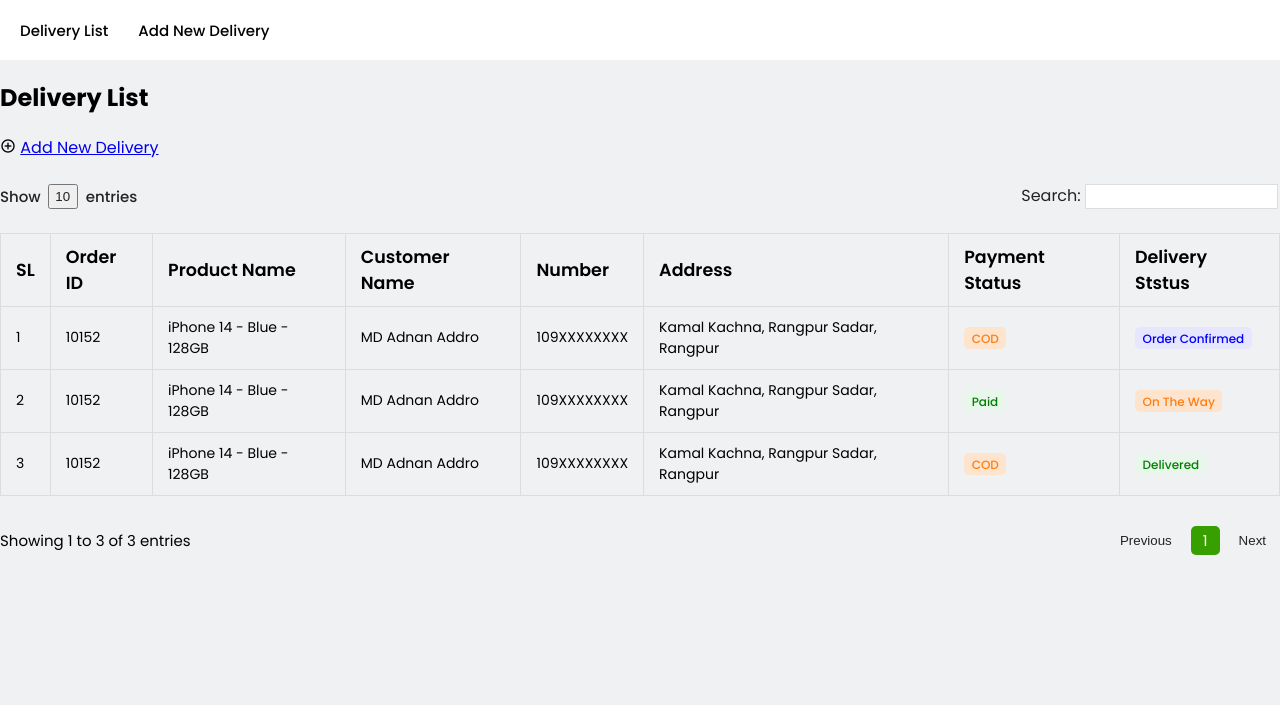
Repository: codebyaddro/delivery-page
Page: delivery.html
These files come from the project's save history. The page is drawn as it stood at one moment and after a run of saves; the edit follows.
The browser window is 1280 px wide. The pictures show the whole page.

Above is the page before, as saved 2025-02-27 14:33:26.

### delivery.html
<!DOCTYPE html>
<html lang="en">
<head>
    <meta charset="UTF-8">
    <meta name="viewport" content="width=device-width, initial-scale=1.0">
    <link rel="stylesheet" href="/delivery.css">
    <link href='https://unpkg.com/boxicons@2.1.4/css/boxicons.min.css' rel='stylesheet'>
    <title>Document</title>
</head>
<body>
    <div class="cba-delivery-container">
        <div class="top-menus">
            <ul>
                <li><a href="/index.html" class="cba-delivery-active-menu">Delivery List</a></li>
                <li><a href="/inner-page/html/anb.html" class="cba-delivery-light-up">Add New Delivery</a></li>
            </ul>
        </div>
        <div class="cba-delivery-list-container">
            <div class="cba-delivery-heading-add-new-btn">
                <div class="cba-delivery-heading">
                    <h2>Delivery List</h2>
                </div>
                <div class="cba-delivery-add-new-btn">
                    <i class='cba-delivery-add-icon bx bx-plus-circle'></i>
                    <a href="/inner-page/html/anb.html">Add New Delivery</a>
                </div>
            </div>
            <div class="list-short-dpdwn-search-box">
                <div class="list-short-dpdwn">
                    <h3>Show</h3>
                    <select name="10" id="">
                        <option value="">10</option>
                        <option value="">20</option>
                        <option value="">30</option>
                        <option value="">All</option>
                    </select>
                    <h3>entries</h3>
                </div>
                <div class="search-box">
                    <legend>Search: <input type="text"></legend>
                </div>
            </div>
            <div class="table-list">
                <table>
                    <thead>
                        <tr>
                            <th title="SL">SL</th>
                            <th title="Code">Order ID</th>
                            <th title="Code">Product Name</th>
                            <th title="Code">Customer Name</th>
                            <th title="Category Name">Number</th>
                            <th title="Category Name">Address</th>
                            <th title="Status">Payment Status</th>
                            <th title="Action">Delivery Ststus</th>
                        </tr>
                    </thead>
                    <tbody>
                        <tr>
                            <td>1</td>
                            <td>10152</td>
                            <td>iPhone 14 - Blue - 128GB</td>
                            <td>MD Adnan Addro</td>
                            <td>109XXXXXXXX</td>
                            <td>Kamal Kachna, Rangpur Sadar, Rangpur</td>
                            <td><span class="ps-cod">COD</span></td>
                            <td><span class="ds-ocon">Order Confirmed</span></td>
                        </tr>
                        <tr>
                            <td>2</td>
                            <td>10152</td>
                            <td>iPhone 14 - Blue - 128GB</td>
                            <td>MD Adnan Addro</td>
                            <td>109XXXXXXXX</td>
                            <td>Kamal Kachna, Rangpur Sadar, Rangpur</td>
                            <td><span class="ps-paid">Paid</span></td>
                            <td><span class="ds-otw">On The Way</span></td>
                        </tr>
                        <tr>
                            <td>3</td>
                            <td>10152</td>
                            <td>iPhone 14 - Blue - 128GB</td>
                            <td>MD Adnan Addro</td>
                            <td>109XXXXXXXX</td>
                            <td>Kamal Kachna, Rangpur Sadar, Rangpur</td>
                            <td><span class="ps-cod">COD</span></td>
                            <td><span class="ds-deld">Delivered</span></td>
                        </tr>
                    </tbody>
                </table>
            </div>
            <div class="entries-details-list-page-btn">
                <div class="entries-details">
                    Showing <span>1</span> to <span>3</span> of <span>3</span> entries
                </div>
                <div class="list-page-btn">
                    <button>Previous</button>
                    <h4><span>1</span></h4>
                    <button>Next</button>
                </div>
            </div>
        </div>
    </div>
</body>
</html>

### delivery.css
/* -- fonts -- */
@import url('https://fonts.googleapis.com/css2?family=Poppins:ital,wght@0,100;0,200;0,300;0,400;0,500;0,600;0,700;0,800;0,900;1,100;1,200;1,300;1,400;1,500;1,600;1,700;1,800;1,900&family=Raleway:ital,wght@0,100..900;1,100..900&family=Roboto:ital,wght@0,100;0,300;0,400;0,500;0,700;0,900;1,100;1,300;1,400;1,500;1,700;1,900&family=VT323&display=swap');

/* -- root -- */

:root {
    --gray-white: #F0F1F2;
    --white: #FFFFFF;
    --black: #000000;
    --gray-black: #DDDDDD;
    --light-black: #212523;
    --light-black-op: #21252350;
    --main-green: #157343;
    --main-light: #37A000;
    --orange: #FD7E14;
    --lt-orange: #fee3cd;
    --green: #008000;
    --lt-green: #e9f6ec;
    --red: #FF0000;
    --light-red: #fbeaec;
    --blue: #0000ff;
    --lt-blue: #e6e6ff;
}

/* ---------- */

* {
    box-sizing: border-box;
}

body {
    margin: 0;
    padding: 0;
    font-family: "Poppins", serif;
    background-color: var(--gray-white);
}

::selection {
    color: var(--white);
    background-color: var(--main-light);
}

/* -- category container style -- */

.brand-container {
    width: 100%;
    margin-top: 25px;
}

/* -- top menus style--  */

.top-menus {
    background-color: var(--white);
    display: flex;
    justify-content: left;
    align-items: center;
    height: 60px;
    margin-bottom: 15px;
}

.top-menus ul {
    list-style-type: none;
    display: flex;
    gap: 30px;
    margin-left: -20px;
}

.top-menus ul li a {
    text-decoration: none;
    color: var(--black);
    font-size: 15px;
    font-weight: 500;
}

/* -- active menu style -- */

.active-menu {
    color: var(--white)!important;
    background-color: var(--main-green);
    padding: 8px 12px;
    border-radius: 5px;
}

/* -- menu hover style -- */

.light-up:hover {
    color: var(--orange);
}

/* -- list container style -- */

.list-container {
    background-color: var(--white);
    padding: 0px 20px;
}

/* -- heading-add-new-btn style -- */

.heading-add-new-btn {
    display: flex;
    justify-content: space-between;
    align-items: center;
    border-bottom: 1px solid var(--gray-black) ;
}

.heading h2 {
    color: var(--light-black);
    font-size: 25px;
    font-weight: 500;
}

/* -- add-new-btn style -- */

.add-new-btn {
    display: flex;
    gap: 5px;
    justify-content: baseline;
    align-items: center;
}

.add-new-btn {
    background-color: var(--main-green);
    padding: 5px 10px;
    border-radius: 5px;
}

.add-new-btn a {
    color: var(--white);
    text-decoration: none;
}

.add-icon {
    color: var(--white);
    font-size: 20px;
}

/* -- list-short-dpdwn-search-box style -- */

.list-short-dpdwn-search-box {
    display: flex;
    justify-content: space-between;
    align-items: center;
    padding: 10px 0px;
}

/* -- list-short-dpdwn style -- */

.list-short-dpdwn {
    display: flex;
    gap: 7.5px;
    align-items: center;
}

.list-short-dpdwn h3 {
    color: var(--light-black);
    font-size: 15px;
    font-weight: 500;
}

.list-short-dpdwn select {
    color: var(--light-black);
    appearance: none;
    height: 25px;
    width: 30px;
    padding-left: 6px;
    outline: none;
    border-radius: 2.5px;
}

/* -- search-box style -- */

.search-box {
    display: flex;
    align-items: center;
}

.search-box legend {
    color: var(--light-black);
}

.search-box input {
    outline: none;
    height: 25px;
    width: 193px;
    border: 1px solid var(--gray-black);
}

/* -- table-list style --*/

table {
    border-collapse: collapse;
    width: 100%;
}

/* -- thead style -- */

thead {
    cursor: pointer;
}

th, td {
    border: 1px solid var(--gray-black);
    padding: 10px 15px;
}

thead tr th {
    font-size: 17.5px;
    font-weight: 600;
    text-align: left;
}

tbody tr td {
    font-size: 14px;
}

tbody tr:hover {
    background-color: var(--gray-white);
}

/* -- tbody style -- */

/* payment status style */

.ps-paid {
    color: var(--green);
    background-color: var(--lt-green);
    font-size: 12px;
    font-weight: 500;
    padding: 2.5px 7.5px;
    border-radius: 5px;
}

.ps-cod {
    color: var(--orange);
    background-color: var(--lt-orange);
    font-size: 12px;
    font-weight: 500;
    padding: 2.5px 7.5px;
    border-radius: 5px;
}

/* delivery status style */

.ds-ocon {
    color: var(--blue);
    background-color: var(--lt-blue);
    font-size: 12px;
    font-weight: 500;
    padding: 2.5px 7.5px;
    border-radius: 5px;
}

.ds-otw {
    color: var(--orange);
    background-color: var(--lt-orange);
    font-size: 12px;
    font-weight: 500;
    padding: 2.5px 7.5px;
    border-radius: 5px;
}

.ds-deld {
    color: var(--green);
    background-color: var(--lt-green);
    font-size: 12px;
    font-weight: 500;
    padding: 2.5px 7.5px;
    border-radius: 5px;
}

/* -- action style -- */

.edit-icon {
    color: var(--green);
    background-color: var(--lt-green);
    padding: 7px 7px;
    margin-right: 2.5px;
    border: 1px solid var(--green);
    font-size: 20px;
}

.edit-icon:hover {
    background-color: var(--light-black-op);
}

.delete-icon {
    color: var(--red);
    background-color: var(--light-red);
    padding: 7px 7px;
    margin-left: 2.5px;
    border: 1px solid var(--red);
    font-size: 20px;
}

.delete-icon:hover {
    background-color: var(--light-black-op);
}

/* -- entries-details-list-page-btn style -- */

.entries-details-list-page-btn {
    display: flex;
    justify-content: space-between;
    align-items: center;
    padding: 10px 0px;
}

.entries-details {
    color: var(--black);
    font-size: 15px;
}

.list-page-btn {
    display: flex;
    gap: 5px;
    align-items: center;
}

.list-page-btn button {
    color: var(--light-black);
    background-color: var(--gray-white);
    padding: 8px 14px;
    border: none;
    border-radius: 5px;
    cursor: pointer;
}

.list-page-btn h4 {
    color: var(--white);
    background-color: var(--main-light);
    font-size: 15px;
    font-weight: 400;
    padding: 3px 12px;
    border-radius: 5px;
}

After the next 2 saves:
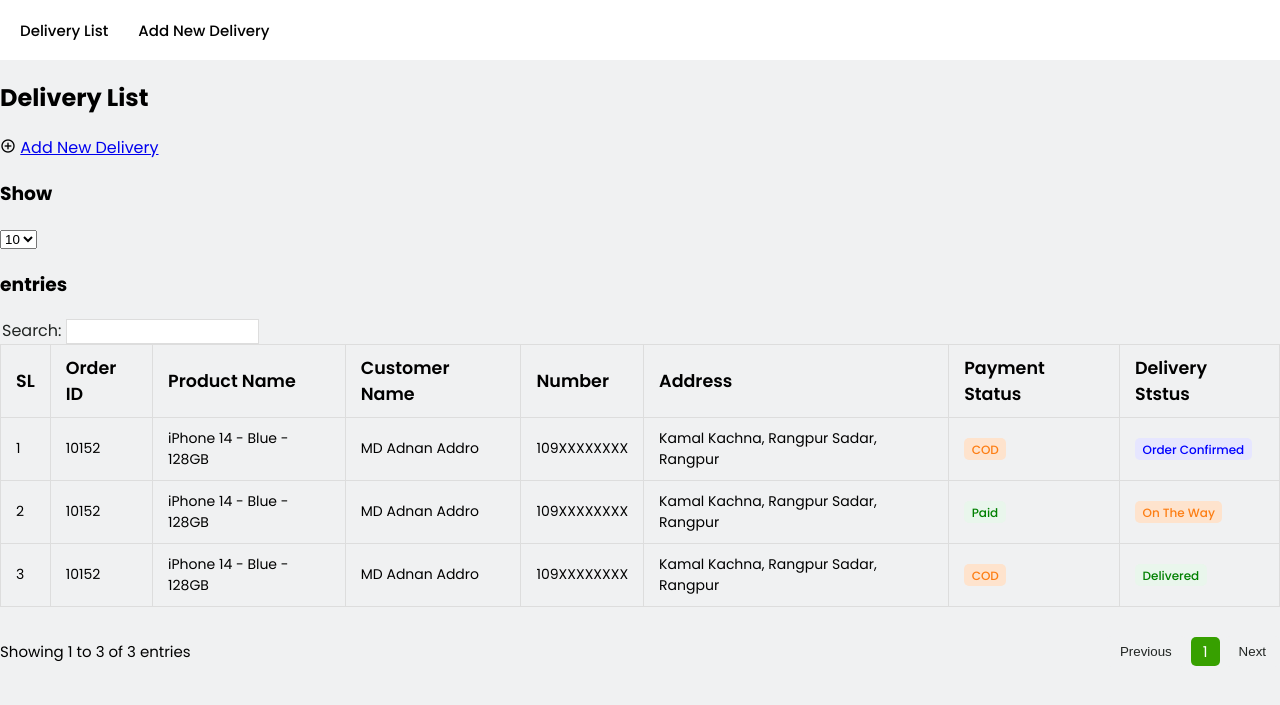
The 2 saves are shown as one change because they came seconds apart.
The last was saved 7 s later.
--- a/delivery.html
+++ b/delivery.html
@@ -25,8 +25,8 @@
                     <a href="/inner-page/html/anb.html">Add New Delivery</a>
                 </div>
             </div>
-            <div class="list-short-dpdwn-search-box">
-                <div class="list-short-dpdwn">
+            <div class="cba-delivery-list-short-dpdwn-search-box">
+                <div class="cba-delivery-list-short-dpdwn">
                     <h3>Show</h3>
                     <select name="10" id="">
                         <option value="">10</option>
